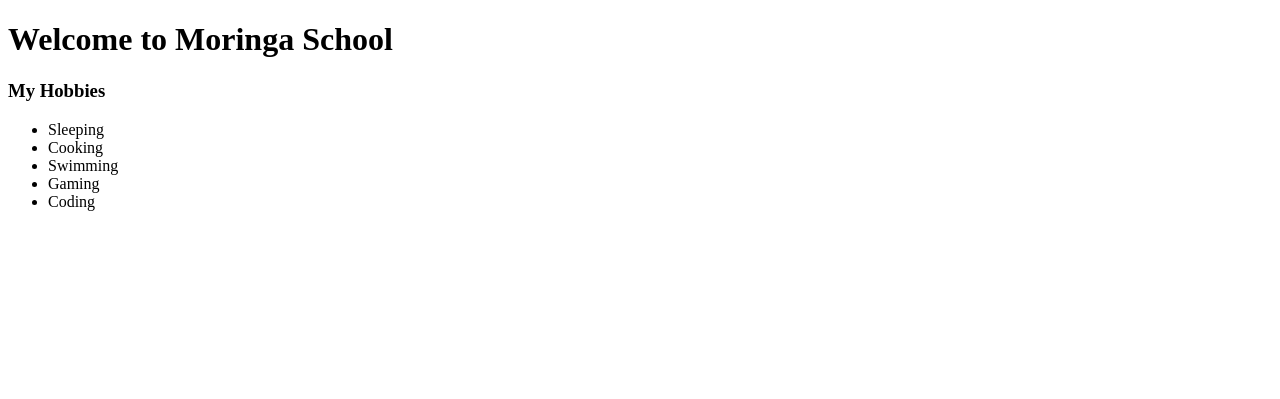
Repository: luckyantony/example
Page: index.html
The author's editor kept a copy of each file at every save. The page is drawn from the files as they stood at one save, then again after the next save.
The browser window is 1280 px wide. The pictures show the whole page.

Above is the page before, as saved 2025-02-17 11:02:38.

After the next save:
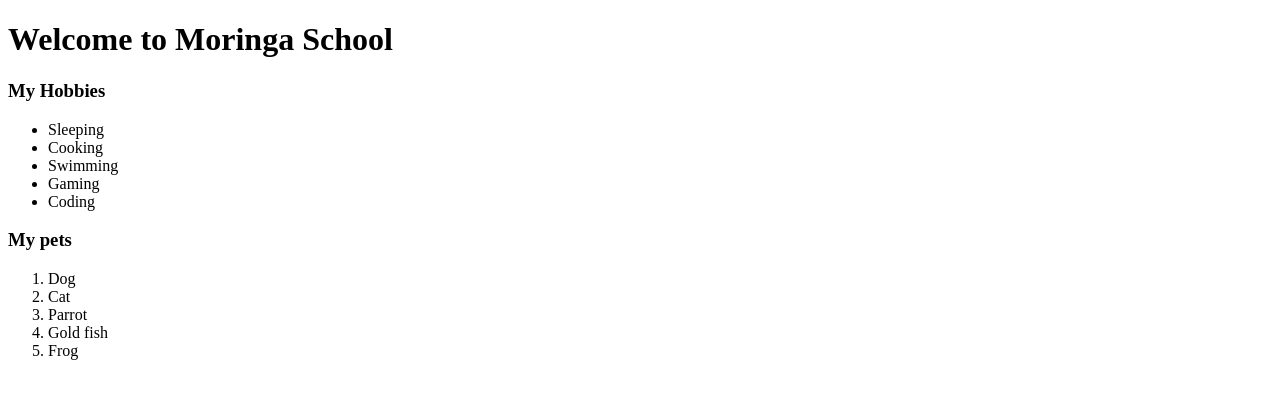
Saved 3 min 53 s later.
--- a/index.html
+++ b/index.html
@@ -15,6 +15,14 @@
         <li>Gaming</li>
         <li>Coding</li>
     </Ul>
+    <h3>My pets</h3>
+    <ol>
+        <li>Dog</li>
+        <li>Cat</li>
+        <li>Parrot</li>
+        <li>Gold fish</li>
+        <li>Frog</li>
+    </ol>
 
 </body>
 </html>
